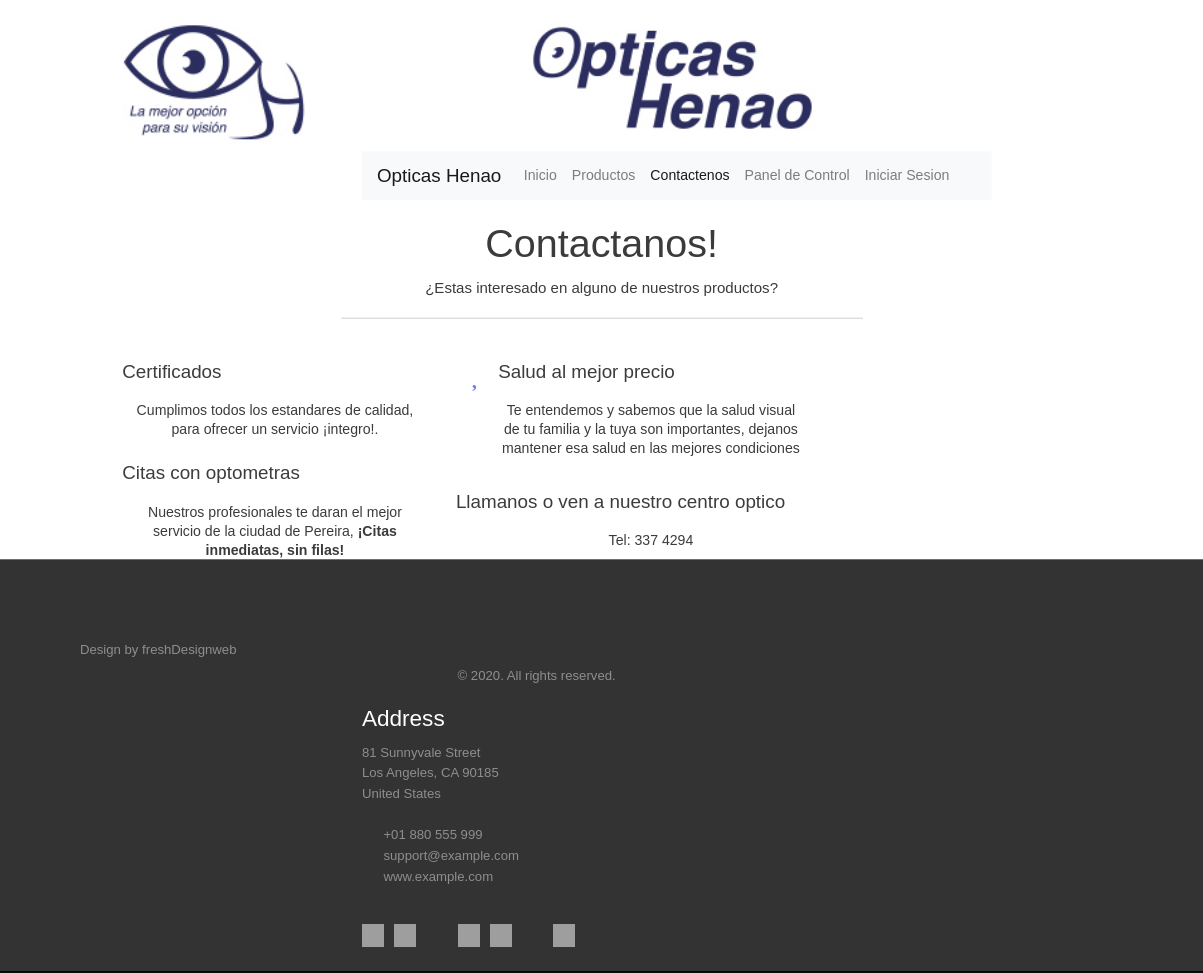
Repository: camilo1505/optometra
Page: contactanos.html
These files come from the project's save history. The page is drawn as it stood at one moment and after the next save; the edit follows.
The browser window is 1280 px wide. The pictures show the whole page, at 94% of full size.
Pictures or frames that could not be fetched are drawn as grey boxes. Some web fonts or font styles are not loaded; a fallback is used.

Above is the page before, as saved 2019-04-14 21:55:37.
Console error (its wording comes from the project's code and is left out).

After the next save:
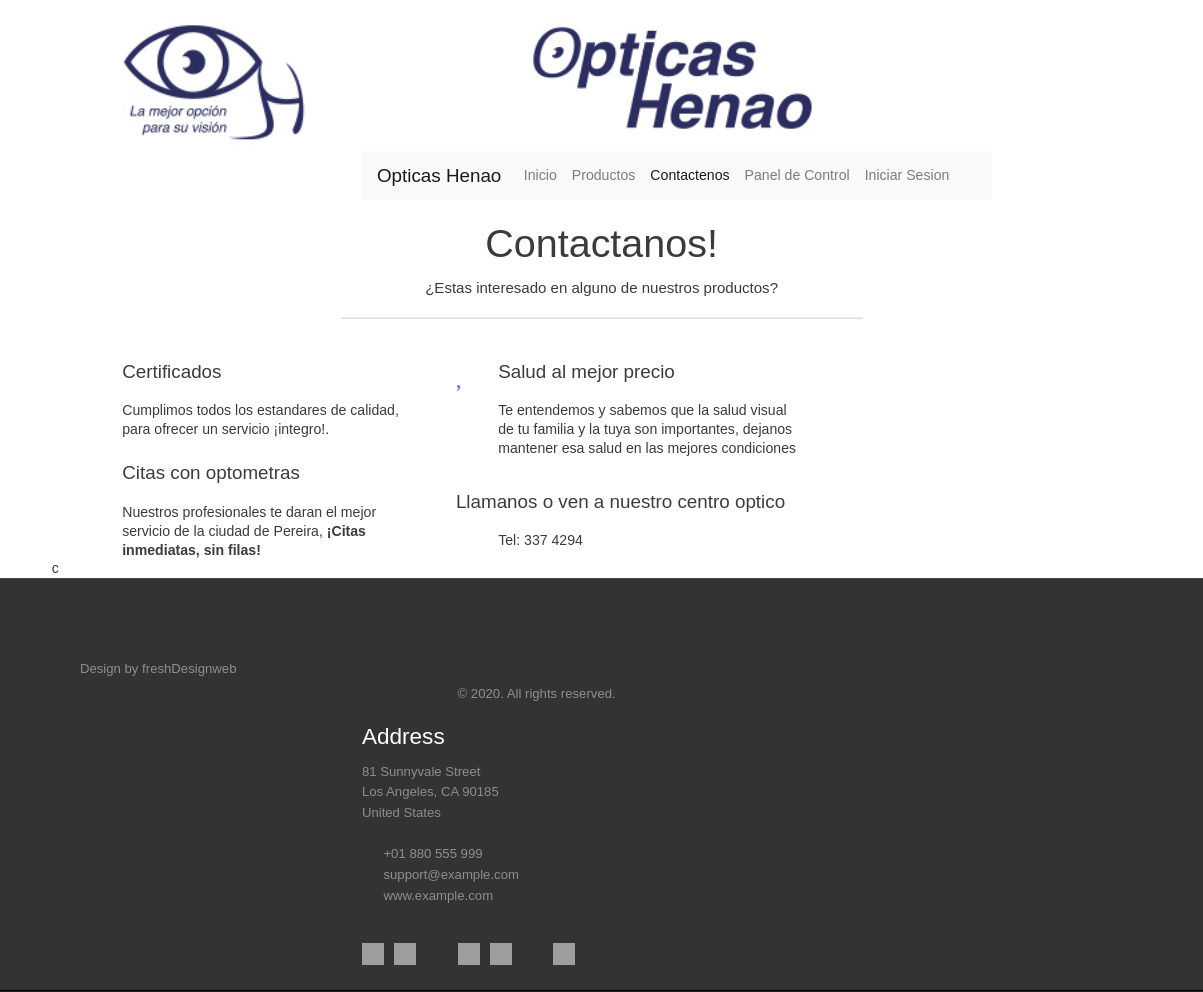
Saved 11 s later.
--- a/contactanos.html
+++ b/contactanos.html
@@ -52,7 +52,7 @@
         </div>
       </div>
   </header>
-<center>
+
   <div id="content">
     <div class="container">
       <div class="f-center">
@@ -63,6 +63,8 @@
       </div>
       <div class="f-hr"></div>
       <div class="row space40"></div>
+      <div class="row">
+        <div class="span12">
           <div class="row">
             <!-- Service Container -->
             <div class="span4">
@@ -112,7 +114,7 @@
             </div>
           </div>
         </div>
-      </center>
+        c
       </div>
     </div>
   </div>
